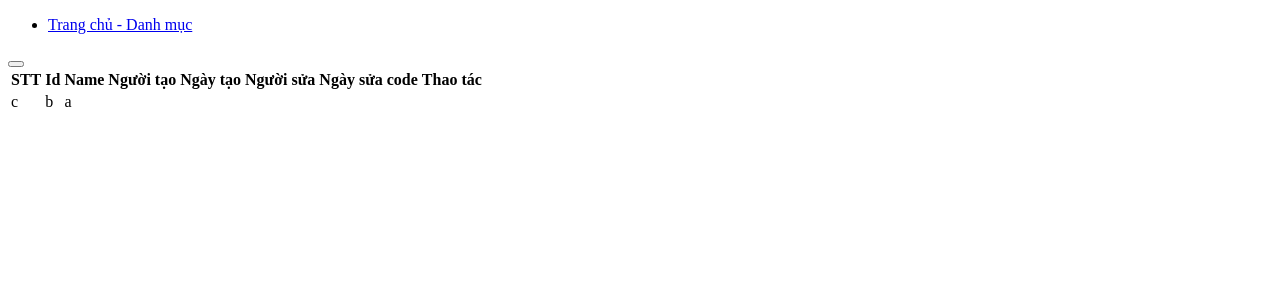
Repository: QuangThuanLion/Project_SpringMVC
Page: http://localhost/springweb-mvc/WEB-INF/views/admin/category/categories.jsp
An editor plug-in stored every save of this project. The page is shown before and after the next save, followed by the edit.
The browser window is 1280 px wide. The pictures show the whole page.
The page is served by Tomcat 9. Nobody is signed in. The template is opened directly, without the code that normally fills it, so the values that code supplies are empty.

Above is the page before, as saved 2020-07-05 11:15:34.

After the next save:
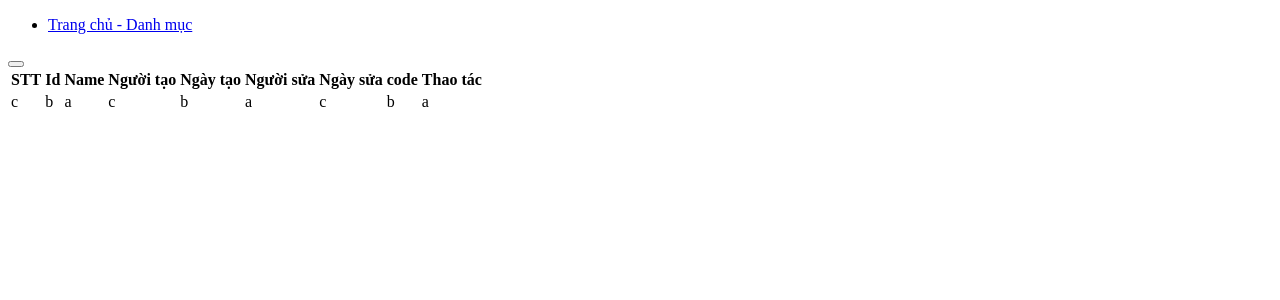
Saved 29 s later.
--- a/workspace/springweb-mvc/src/main/webapp/WEB-INF/views/admin/category/categories.jsp
+++ b/workspace/springweb-mvc/src/main/webapp/WEB-INF/views/admin/category/categories.jsp
@@ -66,6 +66,12 @@
 															<td>c</td>
 															<td>b</td>
 															<td>a</td>
+															<td>c</td>
+															<td>b</td>
+															<td>a</td>
+															<td>c</td>
+															<td>b</td>
+															<td>a</td>
 															<td>
 															<a class="btn btn-sm btn-primary btn-edit" data-toggle="tooltip"
 																title="Cập nhật bài viết" href="#">
